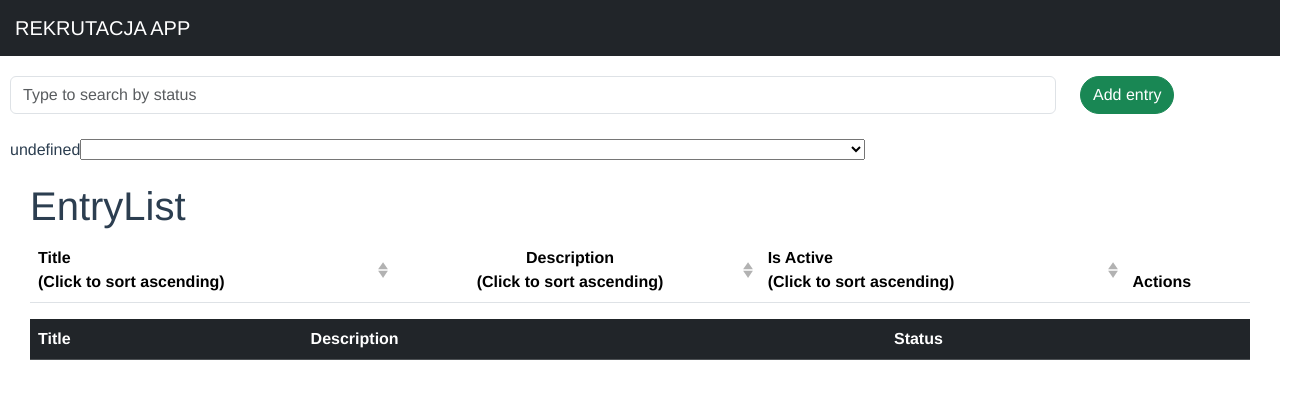
Repository: Madaless/vue_elastic
Page: / (app in vuejsapp/crudapp/)
An editor plug-in stored every save of this project. The page is shown before and after the next save, followed by the edit.
The browser window is 1280 px wide. The page is 1292 px wide, so the pictures cover 1292 px, including what lies to the right of the window. The pictures show the whole page.
The page's requests for data from a server got no answer. The project was rebuilt for these pictures with package versions that can differ from the ones it lists, and the page was loaded fresh each time. No one was signed in, and anything a server would have sent is missing.

Above is the page before, as saved 2021-09-12 19:46:46.

After the next save:
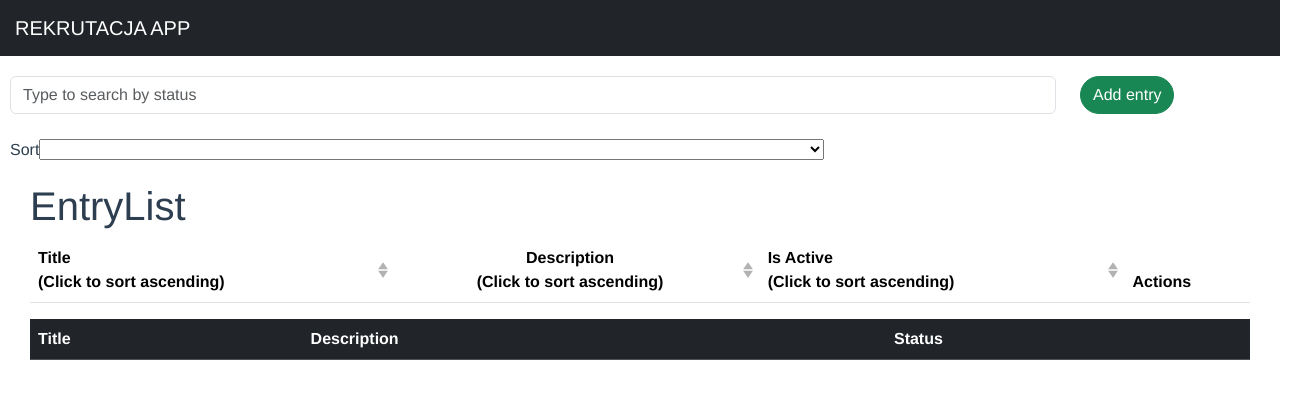
Saved 75 s later.
--- a/vuejsapp/crudapp/src/components/FilterEntry.vue
+++ b/vuejsapp/crudapp/src/components/FilterEntry.vue
@@ -37,6 +37,7 @@ export default {
   setup() {},
   data() {
     return {
+      Sort: "Sort",
       sortOptions: ["no", "yes"],
     };
   },
